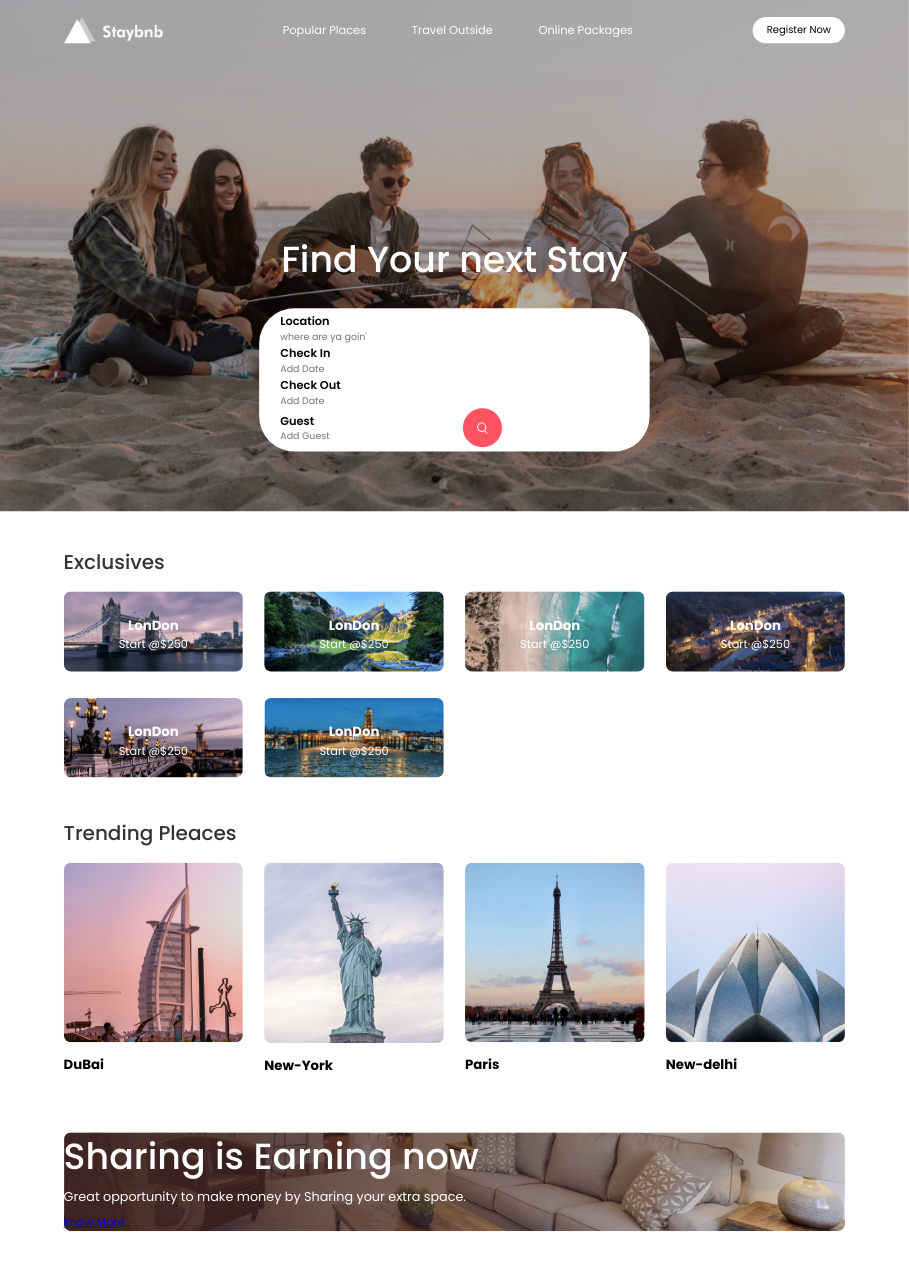
Repository: pinocoding/AirBnB
Page: house.html
An editor plug-in stored every save of this project. The page is shown before and after the next save, followed by the edit.
The browser window is 1280 px wide. The pictures show the whole page, at 71% of full size.

Above is the page before, as saved 2022-01-23 15:49:40.

### house.html
<!DOCTYPE html>
<html lang="en">
<head>
  <meta charset="UTF-8">
  <meta http-equiv="X-UA-Compatible" content="IE=edge">
  <meta name="viewport" content="width=device-width, initial-scale=1.0">
  <link rel="stylesheet" href="./style.css">
  <title>AirBnB</title>
</head>
<body>
  <!-- header -->
  <div class="header">
   <nav>
     <img src="/images/logo.png" class="logo" alt="blem" >
     <ul class="nav-links">
       <li><a href="#">Popular Places</a></li>
       <li><a href="#">Travel Outside</a></li>
       <li><a href="#">Online Packages</a></li>
     </ul>
     <a href="#"class="regiser-btn">Register Now</a>
   </nav>
   <div class="container">
     <h1>
       Find Your next Stay
     </h1>
     <div class="search-bar">
       <form >
         <div class="location-input">
           <label for="">Location</label>
           <input type="text" placeholder="where are ya goin'">
         </div>
         <div>
          <label for="">Check In </label>
          <input type="text" placeholder="Add Date">
        </div>
        <div>
          <label for="">Check Out</label>
          <input type="text" placeholder="Add Date">
        </div>
        <div>
          <label for="">Guest</label>
          <input type="text" placeholder="Add Guest">
        </div>
        <button type="submit">
          <img src="/images/search.png" alt="blem" >
        </button>
       </form>
     </div>


   </div>
   <!-- IMG gallary  -->


<!-- ---------Container------ -->

  </div>
  <div class="container">
    <h2 class="sub-title">Exclusives</h2>
    <div class="exclusives">
   <div>
     <img src="/images/image-1.png" alt="">
     <span>
       <h3>
         LonDon
       </h3>
       <p>
         Start @$250
       </p>
     </span>
   </div>
   <div>
    <img src="/images/image-2.png" alt="">
    <span>
      <h3>
        LonDon
      </h3>
      <p>
        Start @$250
      </p>
    </span>
  </div>
  <div>
    <img src="/images/image-3.png" alt="">
    <span>
      <h3>
        LonDon
      </h3>
      <p>
        Start @$250
      </p>
    </span>
  </div>
  <div>
    <img src="/images/image-4.png" alt="">
    <span>
      <h3>
        LonDon
      </h3>
      <p>
        Start @$250
      </p>
    </span>
  </div>
  <div>
    <img src="/images/image-5.png" alt="">
    <span>
      <h3>
        LonDon
      </h3>
      <p>
        Start @$250
      </p>
    </span>
  </div>
  <div>
    <img src="/images/image-6.png" alt="">
    <span>
      <h3>
        LonDon
      </h3>
      <p>
        Start @$250
      </p>
    </span>
  </div>
    </div>
    <h2 class="sub-title">
      Trending Pleaces
    </h2>
    <div class="trending">
      <div>
        <img src="/images/dubai.png" alt="blem" >
        <h3>DuBai</h3>
      </div>
      <div>
        <img src="/images/new-york.png" alt="blem" >
        <h3>New-York</h3>
      </div>
      <div>
        <img src="/images/paris.png" alt="blem" >
        <h3>Paris</h3>
      </div>
      <div>
        <img src="/images/new-delhi.png" alt="blem" >
        <h3>New-delhi</h3>
      </div>
    </div>
    <div class="cta">
      <h3>Sharing is Earning now</h3>
<p>Great opportunity to make money by Sharing your extra space.</p>
<a href="#" class='cta-btn'>know More </a>
    </div>

<!--  -->

</div>
</body>
<script src="./function.js"></script>
</html>

### style.css
@import url('https://fonts.googleapis.com/css2?family=Poppins:wght@300;400;500;600;700&display=swap');
:root {
  --text-colorWhite : #fff;
  --text-colorBlack : #000;
  --background  : #fff;
}
* {
  margin: 0;
  padding: 0;
  box-sizing: border-box;
  font-family: 'Poppins', sans-serif;
}
.header {
  min-height: 100vh;
  width: 100%;
  background-image:linear-gradient(rgba(0,0,0,0.3),rgba(0,0,0,0.3)),url(/images/banner.png);
  background-size: cover;
  background-position: center;
}
nav {
  display: flex;
  align-items: center;
  justify-content: space-between;
  padding: 20px  7%;
}
.logo {
  width: 140px;
  cursor: pointer;
}
.nav-links li {
  list-style: none;
  display: inline-block;
  margin : 10px 30px
}
.nav-links li a {
  text-decoration: none;
  color: var(--text-colorWhite);
}
 .regiser-btn {
   background:var(--background) ;
   color: #000;
   padding:8px 20px;
   border-radius: 20px;
   font-size: 14px;
   text-decoration: none;
  outline: none;

}
.container {
  padding :0 7%;
}
.container h1  {
font-size: 4vw;
font-weight: 500;
color: var(--text-colorWhite);
text-align: center;
padding-top: 22%

}
.search-bar {
  background: var(--background);
  width: 50%;
  margin: 30px auto;
  padding: 6px 10px 6px 30px;
  border-radius: 50px;

}
.search-bar form {
  display:  flex;
  align-items: center;
  flex-wrap: wrap;
}
.search-bar form input {
  display: block;
  border: 0;
  outline: none;
  background: transparent;
}
.search-bar form button {
  background: #ff5361;
  width: 55px;
  height: 55px;
  border-radius: 50%;
  outline: none;
  border: 0;
  cursor: pointer;
}
.search-bar form button img {
  width: 15px;
  margin-top: 7px;
}
.location-input {
  flex: 1;
}
.search-bar form label {
  font-weight: 600;
}
/* ---------Exclusives--------- */
.sub-title {
  margin:  50px 0 20px;
  font-size: 2.2vw;
  font-weight: 500;
  color: #333;
}
.exclusives {

  display: grid ;
  grid-template-columns: repeat(auto-fit,minmax(200px,1fr));
  grid-gap: 30px


}
.exclusives div img {
  width:100% ;
  border-radius: 10px;
}
.exclusives div {
  position: relative;
}
.exclusives div span {
  position:absolute;
  top : 50%;
  left: 50%;
  transform: translate(-50%,-50%);
  color: var(--text-colorWhite);
  text-align: center;
  cursor: pointer;
}
/* ------------Trending Please---------------------- */
.trending {

  display: grid ;
  grid-template-columns: repeat(auto-fit,minmax(200px,1fr));
  grid-gap: 30px;
  margin-bottom :30px;


}
.trending div img {
  width:100% ;
  border-radius: 10px;
}
.trending h3 {
  font-size: 600;
  margin-top :10px
}
/* -----Call to action --- */
.cta {
  margin : 80px 0  ;
  background-image: linear-gradient(to right, #3f2321,transparent),url(/images/banner-2.png);
  background-size: cover ;
  background-position: center;
  border-radius: 10px;
  padding: 10 px;
  color: var(--text-colorWhite);


}
.cta  h3 {
  font-size: 4vw ;
  line-height: 5.3vw ;
  font-weight: 500;

}
.cta p {
  font-size: 18px;
  margin: 10px 0;
}

Loaded but not shown: function.js (no copy from this time; the picture is the same without it)

After the next save:
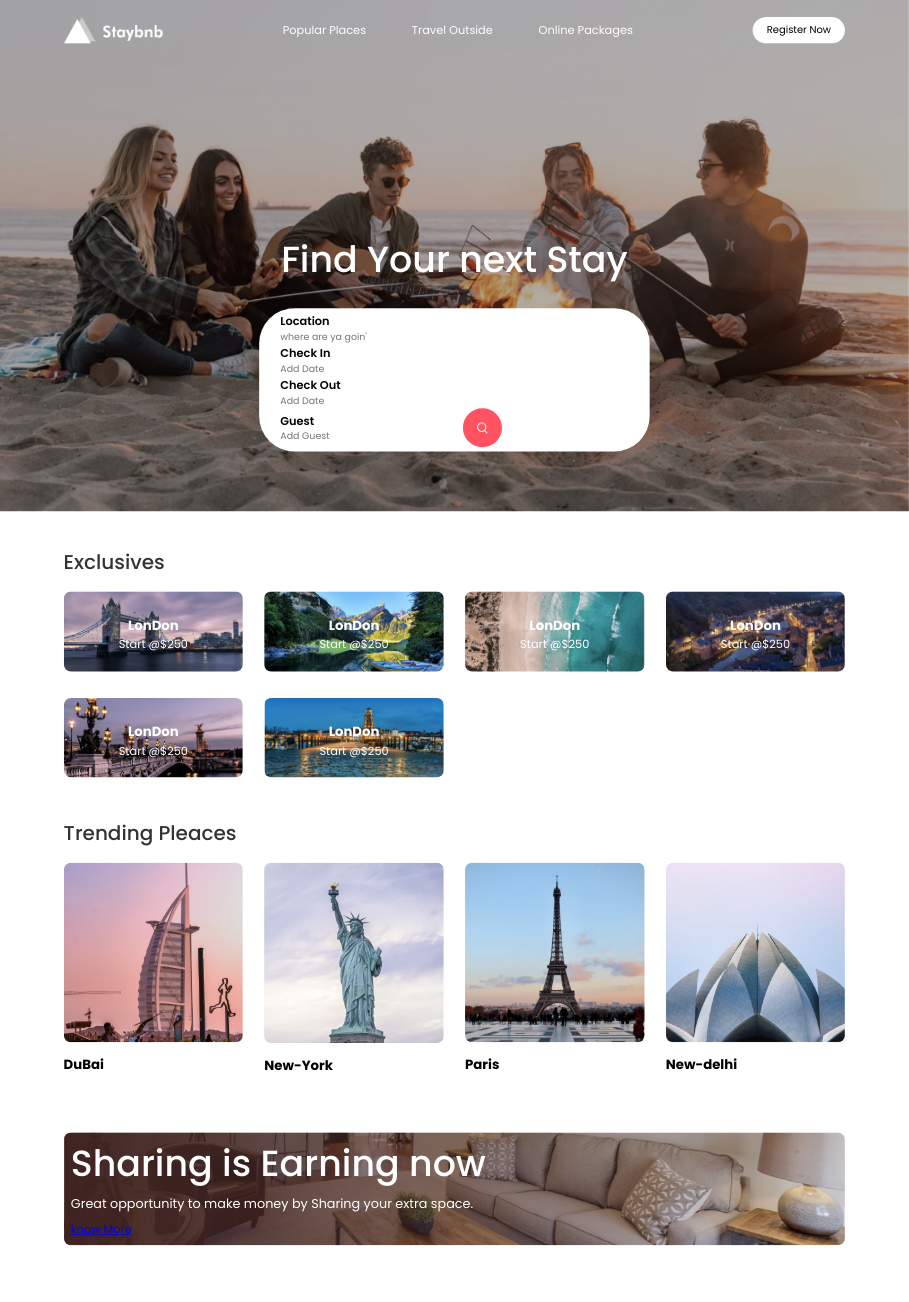
Saved 23 s later.
--- a/style.css
+++ b/style.css
@@ -151,7 +151,7 @@ padding-top: 22%
   background-size: cover ;
   background-position: center;
   border-radius: 10px;
-  padding: 10 px;
+  padding: 10px;
   color: var(--text-colorWhite);
 
 
